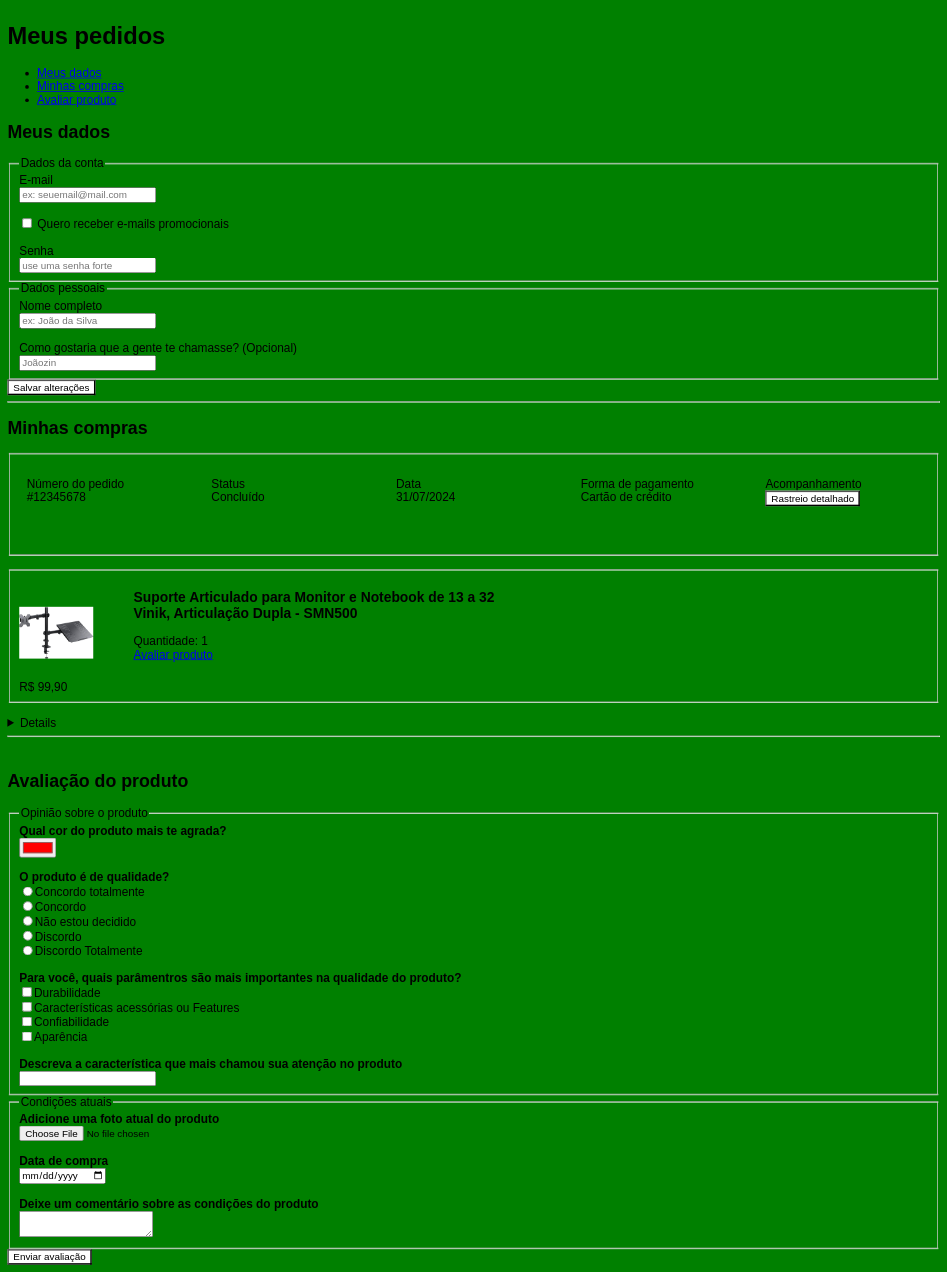
Repository: claudemir-camargo/site-compras
Page: index.html
An editor plug-in stored every save of this project. The page is shown before and after the next save, followed by the edit.
The browser window is 1280 px wide. The pictures show the whole page, at 74% of full size.

Above is the page before, as saved 2024-03-10 00:42:46.

### index.html
<!DOCTYPE html>
<html lang="en">

<head>
    <meta charset="UTF-8">
    <meta name="viewport" content="width=device-width, initial-scale=1.0">
    <link rel="stylesheet" type="text/css" href="css/style.css" />
    <title>Site de Compras</title>
</head>

<body>
    <h1>Meus pedidos</h1>
    <ul>
        <li><a href="#meus-dados">Meus dados</a></li>
        <li><a href="#minhas-compras">Minhas compras</a></li>
        <li><a href="#avaliacao-produto">Avaliar produto</a></li>
    </ul>
    <h2 id="meus-dados">Meus dados</h2>
    <!-- Conta -->
    <fieldset>
        <legend>Dados da conta</legend>
        <form>
            <label>E-mail</label><br>
            <input type="email" id="email" name="email" placeholder="ex: seuemail@mail.com"><br><br>
            <input type="checkbox">
            <label>Quero receber e-mails promocionais</label><br><br>
            <label>Senha</label><br>
            <input type="password" placeholder="use uma senha forte">
        </form>
    </fieldset>
    <!-- Pessoais -->
    <fieldset>
        <legend>Dados pessoais</legend>
        <form>
            <label>Nome completo</label><br>
            <input type="text" placeholder="ex: João da Silva"><br><br>
            <label>Como gostaria que a gente te chamasse? (Opcional) </label><br>
            <input type="text" placeholder="Joãozin">
        </form>
    </fieldset>
    <button type="button">Salvar alterações</button>
    <hr>
    <!-- Minhas compras -->
    <h2 id="minhas-compras">Minhas compras</h2>
    <fieldset>
        <div class="container">
            <div id="div1">
                <p>Número do pedido<br>#12345678</p>
            </div>
            <div id="div2">
                <p>Status<br>Concluído</p>
            </div>
            <div id="div3">
                <p>Data<br>31/07/2024</p>
            </div>
            <div id="div4">
                <p>Forma de pagamento<br>Cartão de crédito</p>
            </div>
            <div id="div5">
                <p>Acompanhamento<br><a href="#rastreioModal"><button>Rastreio detalhado</button></a></p>
            </div>
        </div>
    </fieldset>
    <div id="rastreioModal" class="modal">
        <h2>Rastreio detalhado</h2>
        <p>Seu pedido foi entregue com sucesso!<br>
            Entregue por: GFL<br>
            Código de rasteeio: 123456789<br>
            Entregue em: 31/07/2024<br>
        </p>
        <a href="#">Fechar</a>
    </div>

    <!-- Produto -->
    <br>
    <fieldset>
        <div class="container1">
            <div class="imagem"><img src="img/suporte.jpg" alt="Suporte"></div>
        <div class="produto">
            <h3>
                <p>Suporte Articulado para Monitor e Notebook de 13 a 32 Vinik,
                    Articulação Dupla - SMN500</p>
            </h3>
            Quantidade: 1<br>
            <a href="#avaliacao-produto">Avaliar produto</a><br>
        </div>
        <div class="preco">R$ 99,90</div>
        </div>
    </fieldset>
    <br>
    <details tag="Detalhes de Envio e Pagamento">
        <p></p>
        <strong>Endereço de entrega</strong><br>
        Avenida Estelita Falcão<br>
        Número 12, Centro<br>
        CEP 48170-970 - Itapetininga/São Paulo
        <br><br>
        <strong>Forma de Pagamento</strong><br>
        Cartão de crédito<br>
        Master Card **** **** **** 1234<br>
        Titular: Claudemir Camargo
        <br><br>
        <strong>Frete</strong>
        R$ 15,50<br>
        Enviado por GFL<br>
        Entregue
    </details>
    <hr>
    <br>
    <form>
        <h2 id="avaliacao-produto">Avaliação do produto</h2>
        <fieldset>
            <legend>Opinião sobre o produto</legend>
            <label><strong>Qual cor do produto mais te agrada?</strong></label><br>
            <input type="color" value="#ff0000"><br><br>
            <label><strong>O produto é de qualidade?</strong></label><br>
            <input type="radio" name="qualidade"><label>Concordo totalmente</label><br>
            <input type="radio" name="qualidade"><label>Concordo</label><br>
            <input type="radio" name="qualidade"><label>Não estou decidido</label><br>
            <input type="radio" name="qualidade"><label></label>Discordo</label><br>
            <input type="radio" name="qualidade"><label></label>Discordo Totalmente</label>
            <br><br>
            <label><strong>Para você, quais parâmentros são mais importantes na qualidade do
                    produto?</strong></label><br>
            <input type="checkbox"><label>Durabilidade</label><br>
            <input type="checkbox"><label>Características acessórias ou Features</label><br>
            <input type="checkbox"><label>Confiabilidade</label><br>
            <input type="checkbox"><label>Aparência</label>
            <br><br>
            <label><strong>Descreva a característica que mais chamou sua atenção no produto</strong></label><br>
            <input list="browsers" name="browser" id="browser">
            <datalist id="browsers">
                <option value="Cor">
                <option value="Tamanho">
                <option value="Peso">
                <option value="Material">
            </datalist>
        </fieldset>
        <fieldset>
            <legend>Condições atuais</legend>
            <label><strong>Adicione uma foto atual do produto</strong></label><br>
            <input type="file">
            <br><br>
            <label><strong>Data de compra</strong></label><br>
            <input type="date">
            <br><br>
            <label><strong>Deixe um comentário sobre as condições do produto</strong></label><br>
            <textarea name="comentario"></textarea>
        </fieldset>
        <button type="button">Enviar avaliação</button>
    </form>
</body>

</html>

### css/style.css
* {
    font-family: Arial, Helvetica, sans-serif;
}



img {
    height: 70px;
    width: 100px;
}

body{
    margin: 5px;
    padding: 5px;
    background-color: green;
}

button {
    background-color:white;

}

.container {
    display: flex;
    gap: 20px;
}

#div1, #div2, #div3, #div4, #div5 {
    flex: 1;
    width: 100px;
    height: 100px;
    display: inline-block;
    padding: 10px;
}

.container1 {
    display: inline-block;
    /*gap: 33px;*/
}

#imagem, #produto, #preco {
    flex: 1;
    display: inline;
    padding: 10px;
}

.imagem {
    width: 150px;
    height: 100px;
    display: inline-block;
}

.produto {
    width: 500px;
    height: 100px;
    display: inline-block;
}

.modal {
    display: none;
    position: fixed;
    top: 50%;
    left: 50%;
    transform: translate(-50%, -50%);
    background-color: #f9f9f9;
    padding: 20px;
    border: 1px solid #ccc;
    box-shadow: 0 2px 10px rgba(0, 0, 0, 0.1);
    z-index: 1000;
}

.modal:target {
    display: block;
}

After the next save:
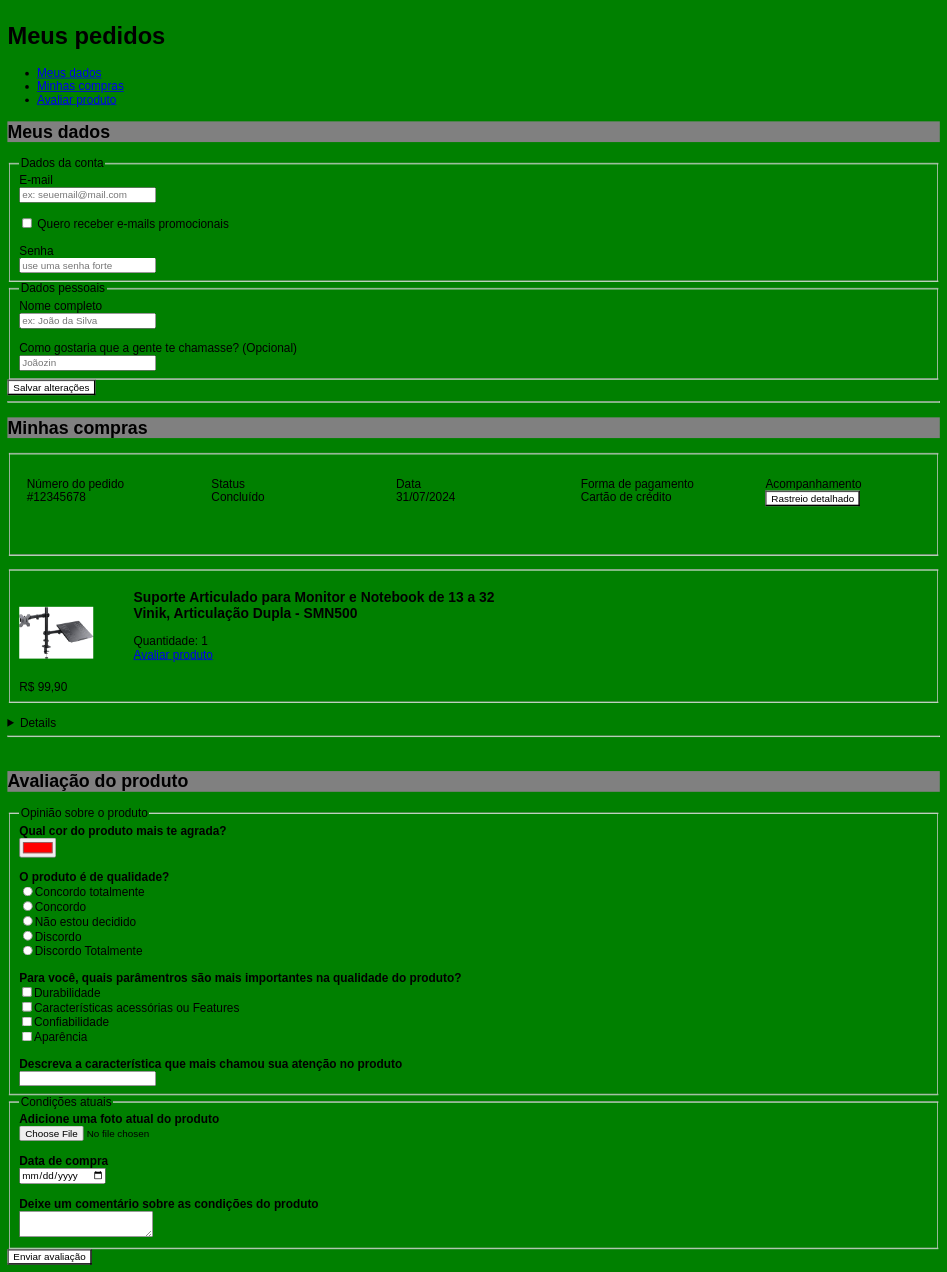
Saved 4 min 16 s later.
--- a/css/style.css
+++ b/css/style.css
@@ -2,7 +2,10 @@
     font-family: Arial, Helvetica, sans-serif;
 }
 
-
+h2 {
+    border-top: 30px black;
+    background-color: gray;
+}
 
 img {
     height: 70px;
